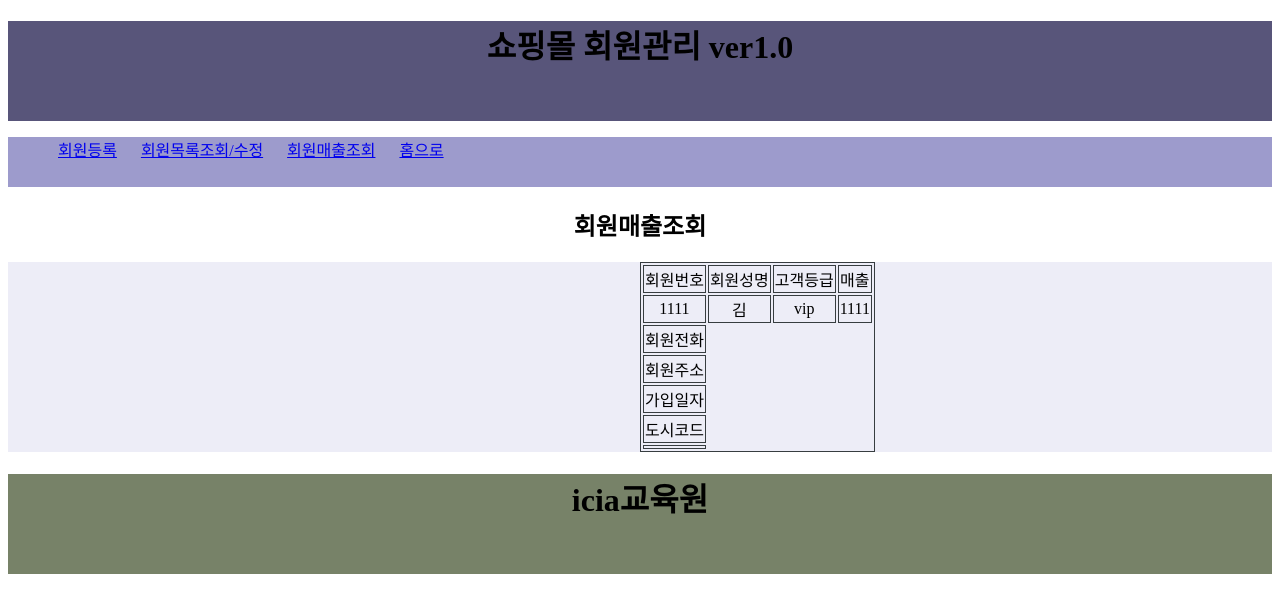
Repository: Kim-seongjun/javastudy2
Page: http://localhost/back_end_test/membersales
These files come from the project's save history. The page is drawn as it stood at one moment and after the next save; the edit follows.
The browser window is 1280 px wide. The pictures show the whole page.
The page is served by Tomcat 9. Other server files are loaded and not shown.

Above is the page before, as saved 2020-01-22 06:06:03.

### back_end_test/WebContent/membersales.jsp
<%@ page language="java" contentType="text/html; charset=UTF-8"
    pageEncoding="UTF-8"%>
<!DOCTYPE html>
<html>
<head>
<meta charset="UTF-8">
<title>Insert title here</title>
<style>
#header {
	background-color: #58557A;
	text-align: center;
	height: 100px;
}
#nav {
	background-color: #9D9BCC;
	height: 50px;
}
#footer {
	text-align: center;
	background-color: #778268;
	height: 100px;
}
table {
	border: 1px solid #373D40;
	text-align: center;
	margin-left: 50%;
}

tr td {
	border: 1px solid #373D40;
}

#div_sales {
	background-color: #EDEDF7;
}

</style>
</head>
<body>

<header>
		<div id="header">
			<jsp:include page="header.jsp" />
		</div>
	</header>
	<nav>
		<div id="nav">
			<jsp:include page="nav.jsp" />
		</div>
	</nav>
	<section>
		<div>
			<h1 style="text-align: center;">회원매출조회</h1>
		</div>
		<div id="div_sales">
			<form action="#">
				<table>
					<tr>
						<td>회원번호</td>
						<td>회원성명</td>
						<td>고객등급</td>
						<td>매출</td>
					</tr>
					<tr>
						<td>1111</td>
						<td>김</td>
						<td>vip</td>
						<td>1111</td>
					</tr>
					<tr>
						<td>회원전화</td>
					</tr>
					<tr>
						<td>회원주소</td>
					</tr>
					<tr>
						<td>가입일자</td>
					</tr>
					<tr>
						<td>도시코드</td>
					</tr>
					<tr>
						<td ></td>
					</tr>
				</table>
			</form>
		</div>
	</section>
	<footer>
		<div id="footer">
			<jsp:include page="footer.jsp" />
		</div>
	</footer>
</body>
</html>

### back_end_test/WebContent/header.jsp
<%@ page language="java" contentType="text/html; charset=UTF-8"
	pageEncoding="UTF-8"%>
<!DOCTYPE html>
<html>
<head>
<meta charset="UTF-8">
<title>Insert title here</title>
<style>
</style>
</head>
<body>
<h1>쇼핑몰 회원관리 ver1.0</h1>
</body>
</html>

### back_end_test/WebContent/nav.jsp
<%@ page language="java" contentType="text/html; charset=UTF-8"
    pageEncoding="UTF-8"%>
<!DOCTYPE html>
<html>
<head>
<meta charset="UTF-8">
<title>Insert title here</title>

</head>
<style>
ul li {
	list-style-type: none;
	display: inline;
	margin: 0px 10px;
}
</style>
<body>
   <div id="div_nav">
      <ul id="list">
         <li><a href="Joinfrm">회원등록</a></li>
         <li><a href="memberlist">회원목록조회/수정</a></li>
         <li><a href="membersales">회원매출조회</a></li>
         <li><a href="index">홈으로</a></li>
      </ul>
   </div>
</body>
</html>

### back_end_test/WebContent/footer.jsp
<%@ page language="java" contentType="text/html; charset=UTF-8"
	pageEncoding="UTF-8"%>
<!DOCTYPE html>
<html>
<head>
<meta charset="UTF-8">
<title>Insert title here</title>
</head>
<body>
	<h1>icia교육원</h1>
</body>
</html>

### back_end_test/src/com/icia/open/Controller/Home.java
package com.icia.open.Controller;

import java.io.IOException;

import javax.servlet.RequestDispatcher;
import javax.servlet.ServletException;
import javax.servlet.annotation.WebServlet;
import javax.servlet.http.HttpServlet;
import javax.servlet.http.HttpServletRequest;
import javax.servlet.http.HttpServletResponse;

import com.icia.open.Bean.Forward;
import com.icia.open.DAO.MemberDao;
import com.icia.open.service.MemberMM;

/**
 * Servlet implementation class Home
 */

@WebServlet({ "/Joinfrm","/memberlist","/membersales","/index" })

public class Home extends HttpServlet {
	private static final long serialVersionUID = 1L;

	protected void doProcess(HttpServletRequest request, HttpServletResponse response)
			throws ServletException, IOException {
		request.setCharacterEncoding("utf-8");
		String cmd = request.getServletPath();
		System.out.println("cmd = " + cmd);
		Forward fw = new Forward();
		MemberMM mm = new MemberMM(request, response);
		MemberDao md = new MemberDao();

		switch (cmd) {
		case "/Joinfrm":
			fw = mm.Joinfrm();
			break;
		case "/index":
			fw = mm.index();
			break;
		case "/memberlist":
			fw = mm.memberlist();
			break;
		case "/membersales":
			fw = mm.membersales();
			break;
		}
		if(fw!=null) {
	         if(fw.isRedirect()) {
	            response.sendRedirect(fw.getPath());
	         }
	         else {
	            RequestDispatcher dis=request.getRequestDispatcher(fw.getPath());
	            dis.forward(request, response);
	         }
	      }
	}

	protected void doGet(HttpServletRequest request, HttpServletResponse response)
			throws ServletException, IOException {
		doProcess(request, response);
	}

	protected void doPost(HttpServletRequest request, HttpServletResponse response)
			throws ServletException, IOException {
		doProcess(request, response);
	}

}

### back_end_test/src/com/icia/open/Bean/Forward.java
package com.icia.open.Bean;

public class Forward {
	private String path;
	private boolean isRedirect;

	public String getPath() {
		return path;
	}

	public void setPath(String path) {
		this.path = path;
	}

	public boolean isRedirect() {
		return isRedirect;
	}

	public void setRedirect(boolean isRedirect) {
		this.isRedirect = isRedirect;
	}
}

### back_end_test/src/com/icia/open/service/MemberMM.java
package com.icia.open.service;

import javax.servlet.http.HttpServletRequest;
import javax.servlet.http.HttpServletResponse;

import com.google.gson.Gson;
import com.icia.open.Bean.Forward;
import com.icia.open.Bean.Member;
import com.icia.open.DAO.MemberDao;

public class MemberMM {
	HttpServletRequest request;
	HttpServletResponse response;

	public MemberMM(HttpServletRequest request, HttpServletResponse response) {
		// TODO Auto-generated constructor stub
	}

	public Forward index() {
		Forward fw = new Forward();
		fw.setPath("index.jsp");
		fw.setRedirect(false);
		return fw;

	}

	public Forward Joinfrm() {
		Forward fw = new Forward();
		MemberDao mDao = new MemberDao();
		Member mb = mDao.joinfrm();
		System.out.println("가져온다"+mb.getCustno());
		request.setAttribute("custno", mb.getCustno());
		fw.setPath("Joinfrm.jsp");
		fw.setRedirect(false);
		return fw;
	}

	public Forward memberlist() {
		Forward fw = new Forward();
		MemberDao mDao = new MemberDao();
		fw.setPath("memberlist.jsp");
		fw.setRedirect(false);
		return fw;
	}

	public Forward membersales() {
		Forward fw = new Forward();
		MemberDao mDao = new MemberDao();
		fw.setPath("membersales.jsp");
		fw.setRedirect(false);
		return fw;
	}

}

### back_end_test/src/com/icia/open/DAO/MemberDao.java
package com.icia.open.DAO;

import java.sql.Connection;
import java.sql.PreparedStatement;
import java.sql.ResultSet;
import java.sql.SQLException;

import com.icia.open.Bean.Member;

public class MemberDao {
	Connection con;
	PreparedStatement pstmt;
	ResultSet rs;

	public MemberDao() {
		con = JdbcUtil.getConnection();
	}

	public void close() {
		JdbcUtil.close(rs, pstmt, con);
	}

	public Member joinfrm() {
		String sql = "SELECT ROWNUM,CUSTNO FROM MEMBER WHERE ROWNUM=1 ORDER BY custno DESC";
		try {
			pstmt=con.prepareStatement(sql);
			rs=pstmt.executeQuery();
			Member mb = new Member();
			if(rs.next()) {
				mb.setCustno(rs.getInt("custno")+1);
				System.out.println("custno = "+rs.getInt("custno"));
			}
			return mb;

		} catch (SQLException e) {
			System.out.println("조인 예외");
			e.printStackTrace();
		}
		return null;
	}
}

### back_end_test/src/com/icia/open/DAO/JdbcUtil.java
package com.icia.open.DAO;
import java.sql.Connection;
import java.sql.DriverManager;
import java.sql.PreparedStatement;
import java.sql.ResultSet;
import java.sql.SQLException;

//디비접속, 디비종료, TX(commit, rollback....)
public class JdbcUtil {

	static { // 초기화 1번만
		try {
			Class.forName("oracle.jdbc.driver.OracleDriver");
		} catch (ClassNotFoundException cne) {
			System.out.println("드라이버 로딩 실패");
			cne.printStackTrace();
		}
	} // static End

	public static Connection getConnection() { //db접속
		Connection con=null;
		try {
			con = DriverManager.getConnection("jdbc:oracle:thin:@localhost:1521:xe", "ICIA2", "1111");
			System.out.println("DB접속 성공");
			//con.setAutoCommit(false);  //트랜잭션 처리시 수동 커밋
		} catch (SQLException e) {
			System.out.println("DB접속 실패");
			e.printStackTrace();
		}
		return con;
	}//getConnection() End

	public static void close(ResultSet rs, PreparedStatement pstmt, Connection con) {
		try {
			if (rs != null)
				rs.close();
			if (pstmt != null)
				pstmt.close();
			if (con != null)
				con.close();

		} catch (SQLException e) {
			System.out.println("close 에러");
			e.printStackTrace();
		}
		System.out.println("close Ok");
	} //close() End

	public static void commit(Connection con) {
		try {
		con.commit();
	} catch (Exception e) {
		e.printStackTrace();
	}

	}  // commit() End



	public static void rollback(Connection con) {
		try {
			con.rollback();
		} catch (Exception e) {
		}

	}//rollback() End




}//class End

After the next save:
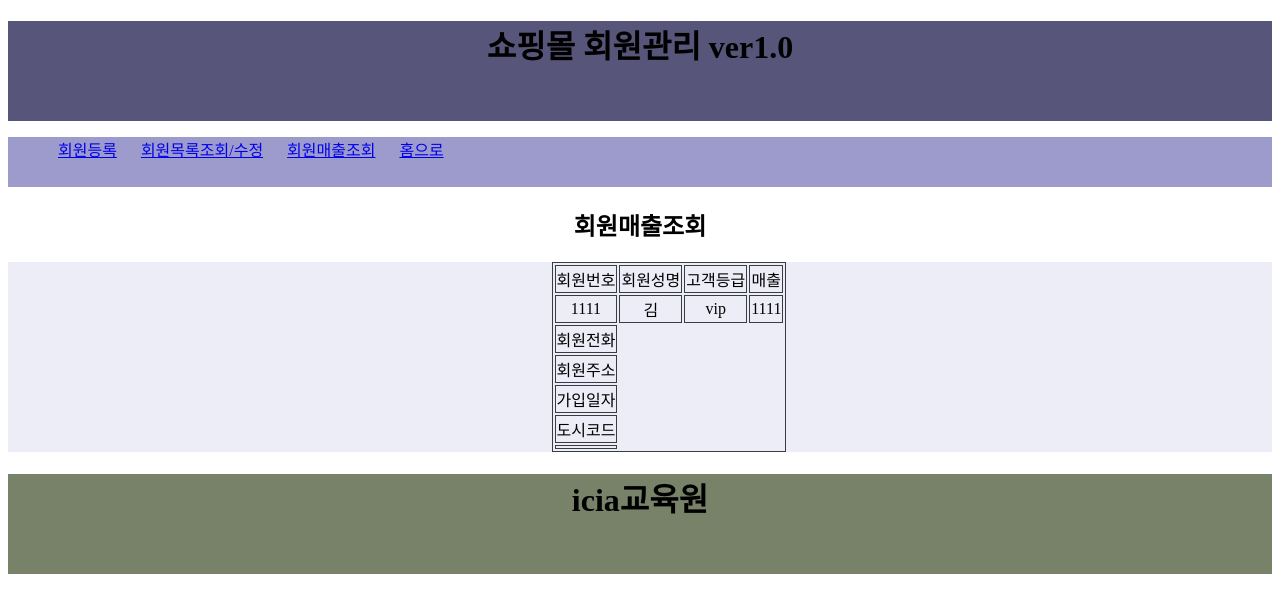
Saved 10 s later.
--- a/back_end_test/WebContent/membersales.jsp
+++ b/back_end_test/WebContent/membersales.jsp
@@ -23,7 +23,7 @@
 table {
 	border: 1px solid #373D40;
 	text-align: center;
-	margin-left: 50%;
+	margin-left: 43%;
 }
 
 tr td {
